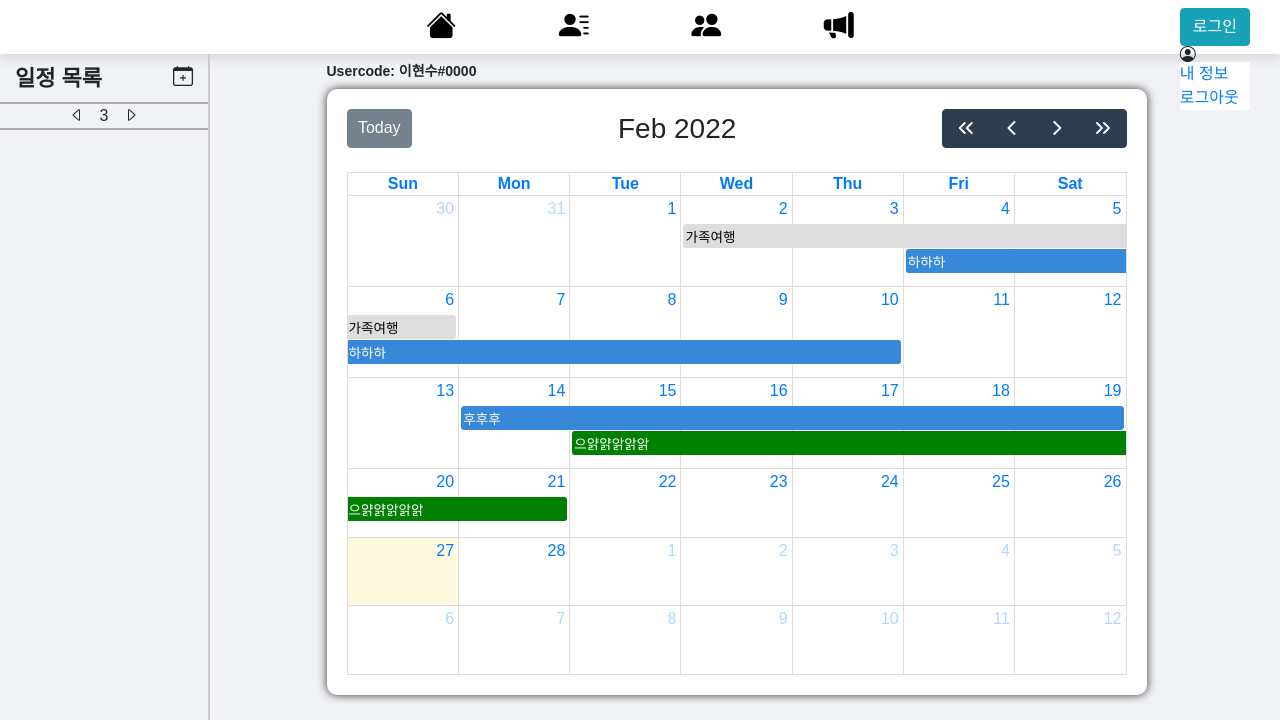
Repository: Hyeon330/Full_stack-code
Page: http://localhost/miniProject/
These files come from the project's save history. The page is drawn as it stood at one moment and after the next save; the edit follows.
The browser window is 1280 px wide. The pictures show the whole page.
Some web fonts or font styles are not loaded; a fallback is used. The page is served by Tomcat 9.

Above is the page before, as saved 2022-03-20 14:04:00.

After the next save:
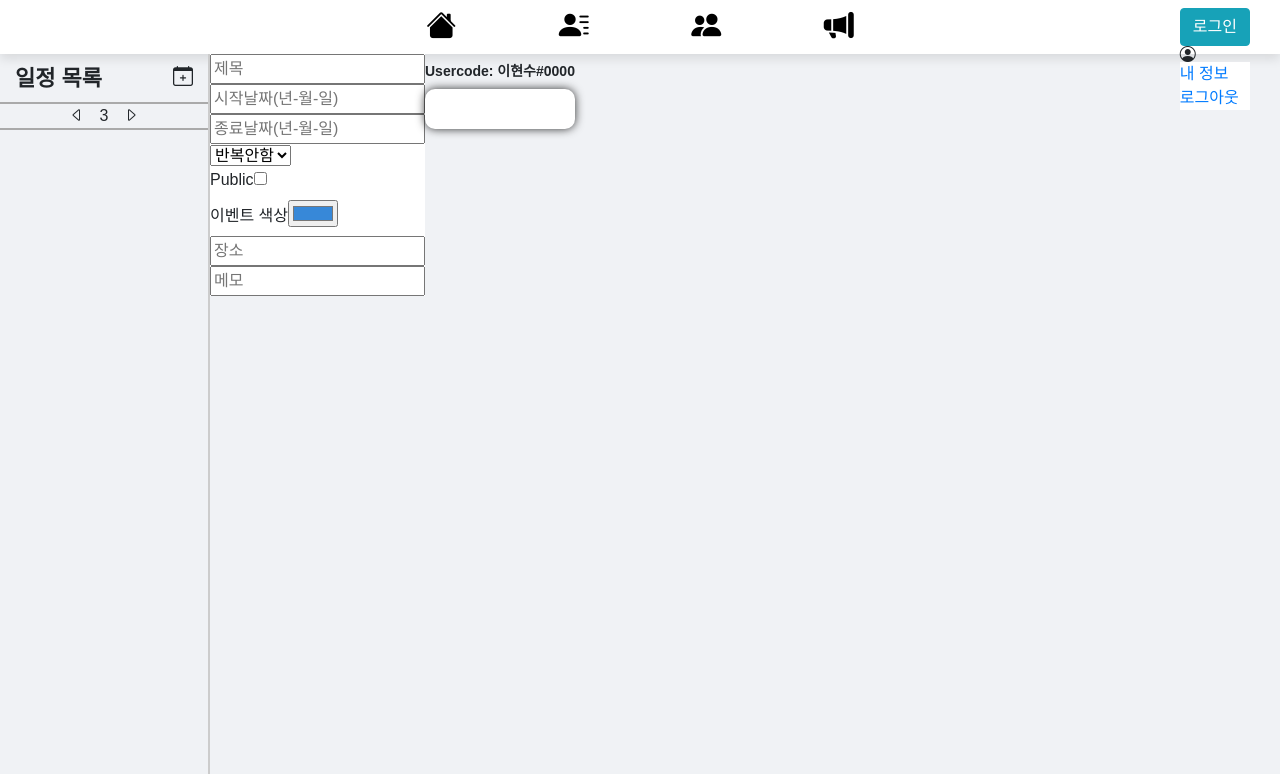
Console error: ReferenceError: eventOfday is not defined
Saved 2 min 13 s later.
--- a/주요과제/Spring/miniProject/src/main/webapp/WEB-INF/views/home.jsp
+++ b/주요과제/Spring/miniProject/src/main/webapp/WEB-INF/views/home.jsp
@@ -83,6 +83,25 @@
 
     calendar.render();
 }
+let eventListHTML = "";
+for(let i = 1; i<=31; i++){
+    if(eventOfday[i].length!=0){
+        eventListHTML +=
+        "<div class='dayList'>" +
+        "<div class=\"card-header\" data-target=\"#list"+i+"\" data-toggle=\"collapse\">"+i+"일</div>"+
+        "<div id=\"list"+i+"\" class=\"collapse\">" +
+        // data-parent=\"#listbox\"
+        "<ul class=\"eventList\">";
+
+        for(let j = 0; j < eventOfday[i].length; j++){
+            eventListHTML +=
+            "<li style=\"background-color: "+eventOfday[i][j].color+"; color: "+eventOfday[i][j].textColor+"\">"+eventOfday[i][j].title+"</li>";
+        }
+        eventListHTML +="</ul></div></div>";
+    }
+}
+document.querySelector('#listbox').innerHTML = eventListHTML;
+
 $(function(){
 
 	resizeMain();

After the save that followed:
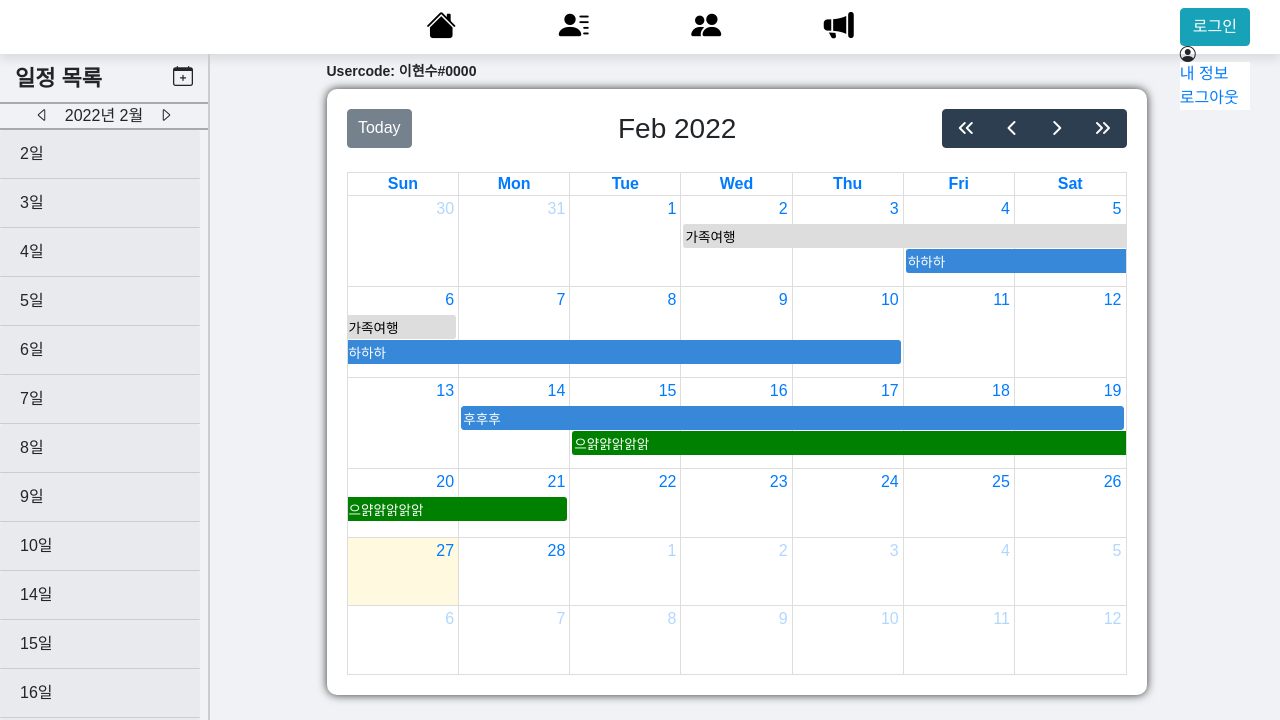
The error is gone.
Saved 91 s later.
--- a/주요과제/Spring/miniProject/src/main/webapp/WEB-INF/views/home.jsp
+++ b/주요과제/Spring/miniProject/src/main/webapp/WEB-INF/views/home.jsp
@@ -83,28 +83,64 @@
 
     calendar.render();
 }
-let eventListHTML = "";
-for(let i = 1; i<=31; i++){
-    if(eventOfday[i].length!=0){
-        eventListHTML +=
-        "<div class='dayList'>" +
-        "<div class=\"card-header\" data-target=\"#list"+i+"\" data-toggle=\"collapse\">"+i+"일</div>"+
-        "<div id=\"list"+i+"\" class=\"collapse\">" +
-        // data-parent=\"#listbox\"
-        "<ul class=\"eventList\">";
-
-        for(let j = 0; j < eventOfday[i].length; j++){
+//sidebar main 리스트 등록 함수
+const setSideMain = () => {
+    setEvent();
+    let eventOfday = [];
+    for(let i = 1; i<=31; i++){
+        eventOfday[i] = [];
+        for(let j = 0; j < event.length; j++){
+            let start = Number(event[j].start.substring(8));
+            let end = Number(event[j].end.substring(8)-1)
+            if(i>=start && i<=end){
+                eventOfday[i].push(event[j]);
+            }
+        }
+    }
+    let eventListHTML = "";
+    for(let i = 1; i<=31; i++){
+        if(eventOfday[i].length!=0){
             eventListHTML +=
-            "<li style=\"background-color: "+eventOfday[i][j].color+"; color: "+eventOfday[i][j].textColor+"\">"+eventOfday[i][j].title+"</li>";
+            "<div class='dayList'>" +
+            "<div class=\"card-header\" data-target=\"#list"+i+"\" data-toggle=\"collapse\">"+i+"일</div>"+
+            "<div id=\"list"+i+"\" class=\"collapse\">" +
+            // data-parent=\"#listbox\"
+            "<ul class=\"eventList\">";
+
+            for(let j = 0; j < eventOfday[i].length; j++){
+                eventListHTML +=
+                "<li style=\"background-color: "+eventOfday[i][j].color+"; color: "+eventOfday[i][j].textColor+"\">"+eventOfday[i][j].title+"</li>";
+            }
+            eventListHTML +="</ul></div></div>";
         }
-        eventListHTML +="</ul></div></div>";
     }
-}
-document.querySelector('#listbox').innerHTML = eventListHTML;
+    document.querySelector('#listbox').innerHTML = eventListHTML;
+}
+
+const changeMonth = () => {
+    $("#sideMonth>span").text(calendar.getDate().getFullYear()+"년 " + (calendar.getDate().getMonth() + 1) + "월");
+    setSideMain();
+};
+const nextMonth = () => {
+    calendar.next();
+    changeMonth();
+};
+const prevMonth = () => {
+    calendar.prev();
+    changeMonth();
+};
+
+// set myCalendar
 
 $(function(){
-
+	// pageload
+	changeMonth();
 	resizeMain();
+
+	// event
+    // sidebar main change
+    $(".fc-toolbar-chunk button").click(changeMonth);
+    // reactive page
 	$(window).resize(resizeMain);
 
 	// 다이얼로그 오픈
